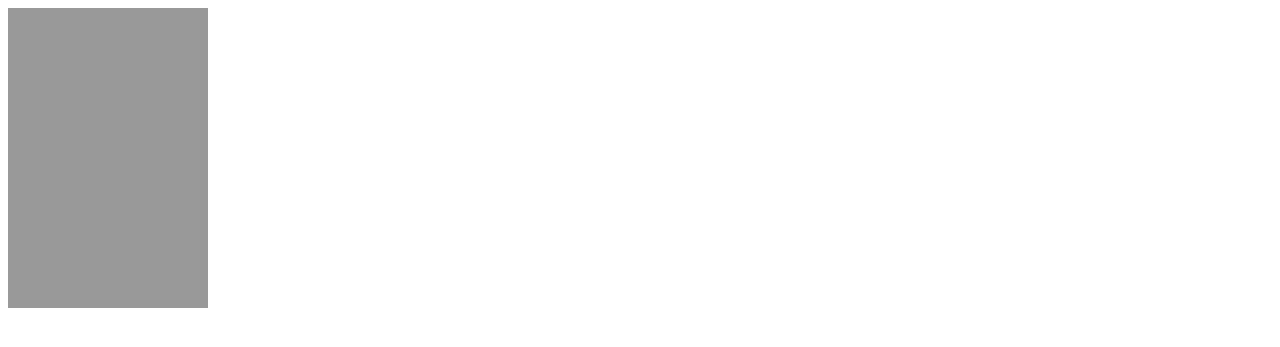
Repository: huiguangyu/JS-utils
Page: index.html
These files come from the project's save history. The page is drawn as it stood at one moment and after the next save; the edit follows.
The browser window is 1280 px wide. The pictures show the whole page.

Above is the page before, as saved 2020-11-12 14:47:10.

### index.html
<html lang="en">
  <head>
    <meta charset="UTF-8" />
    <meta name="viewport" content="width=device-width, initial-scale=1.0" />
    <title>Document</title>
  </head>
  <body>
    <div id="box" style="width: 200px; height: 300px; overflow: auto;">
      <div style="width: 200px; height: 2000px; background-color: #999;"></div>
    </div>
  </body>
  <script>
    var dom = document.querySelector('#box')
    document.addEventListener('click', function (e) {
      console.log(dom.contains(e.target))
    })
  </script>
</html>

After the next save:
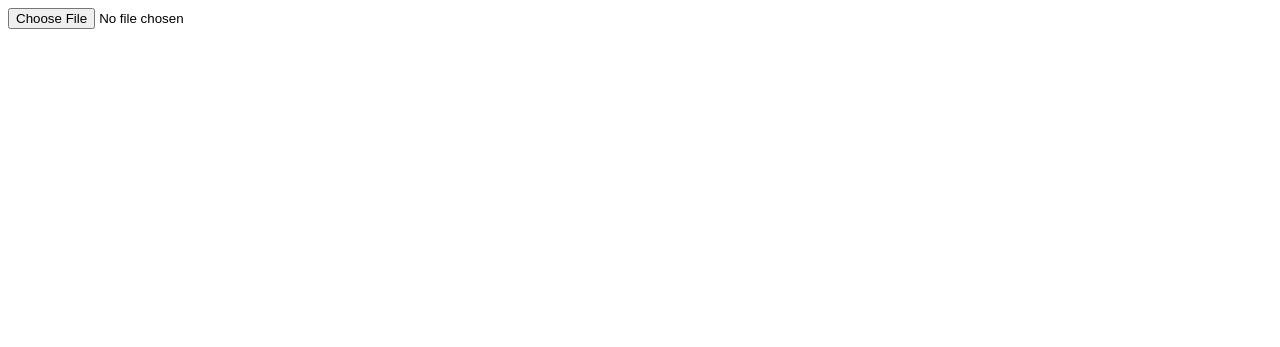
Saved 39 days later.
--- a/index.html
+++ b/index.html
@@ -1,3 +1,4 @@
+<!DOCTYPE html>
 <html lang="en">
   <head>
     <meta charset="UTF-8" />
@@ -5,14 +6,11 @@
     <title>Document</title>
   </head>
   <body>
-    <div id="box" style="width: 200px; height: 300px; overflow: auto;">
-      <div style="width: 200px; height: 2000px; background-color: #999;"></div>
-    </div>
+    <input
+      type="file"
+      id="docpicker"
+      accept=".doc,.docx,application/msword,application/vnd.openxmlformats-officedocument.wordprocessingml.document"
+    />
   </body>
-  <script>
-    var dom = document.querySelector('#box')
-    document.addEventListener('click', function (e) {
-      console.log(dom.contains(e.target))
-    })
-  </script>
+  <script></script>
 </html>
